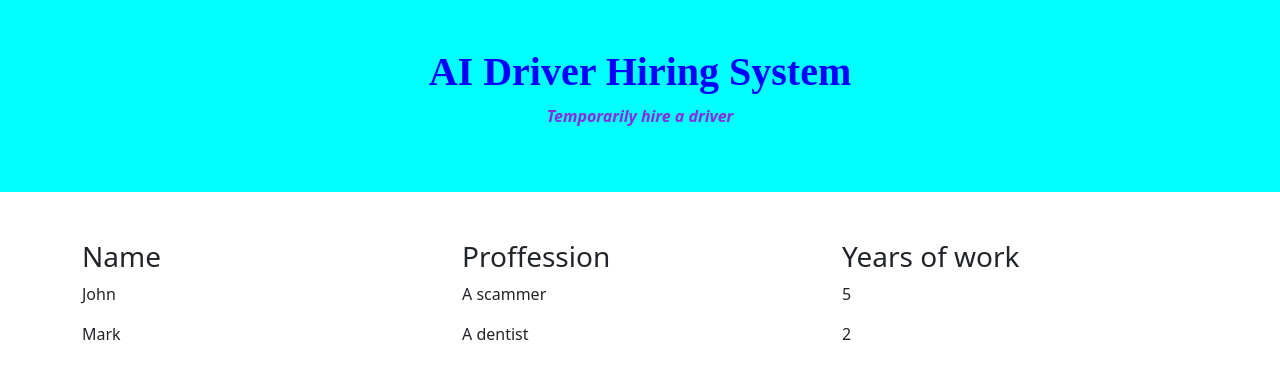
Repository: Wuda2000/AI-powered-Driver-hiring-system
Page: ONE.html
The author's editor kept a copy of each file at every save. The page is drawn from the files as they stood at one save, then again after a run of saves.
The browser window is 1280 px wide. The pictures show the whole page.

Above is the page before, as saved 2024-12-23 22:28:39.

After the next 3 saves:
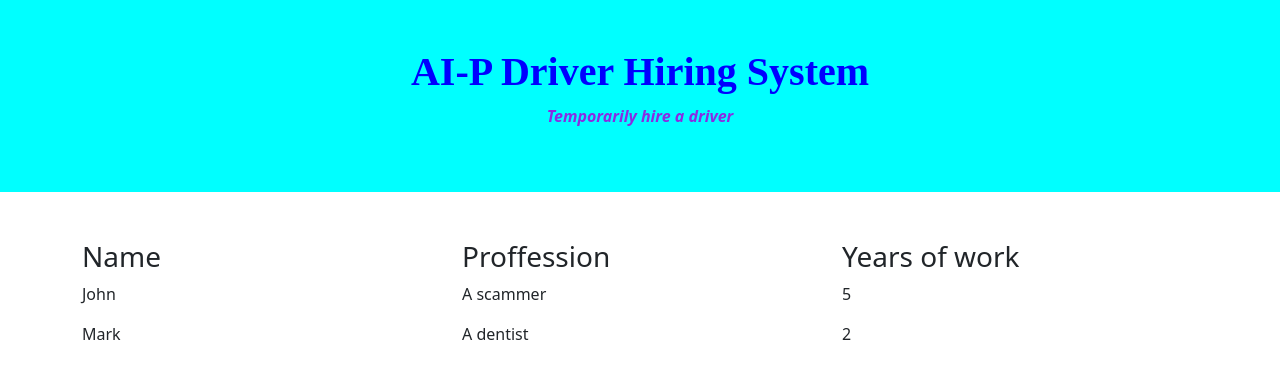
The 3 saves are shown as one change because they came seconds apart.
The last was saved 55 s later.
--- a/ONE.html
+++ b/ONE.html
@@ -11,7 +11,7 @@
 
 
     <div class="container-fluid p-5 text-white text-center" style="background-color: aqua;">
-        <h1 style="color: blue; font-family:'Times New Roman', Times, serif; " ><b>AI Driver Hiring System</b></h1>
+        <h1 style="color: blue; font-family:'Times New Roman', Times, serif; " ><b>AI-P Driver Hiring System</b></h1>
         <p style="color: blueviolet;font-style:italic;"><b>Temporarily hire a driver</b></p>
       </div>
 
